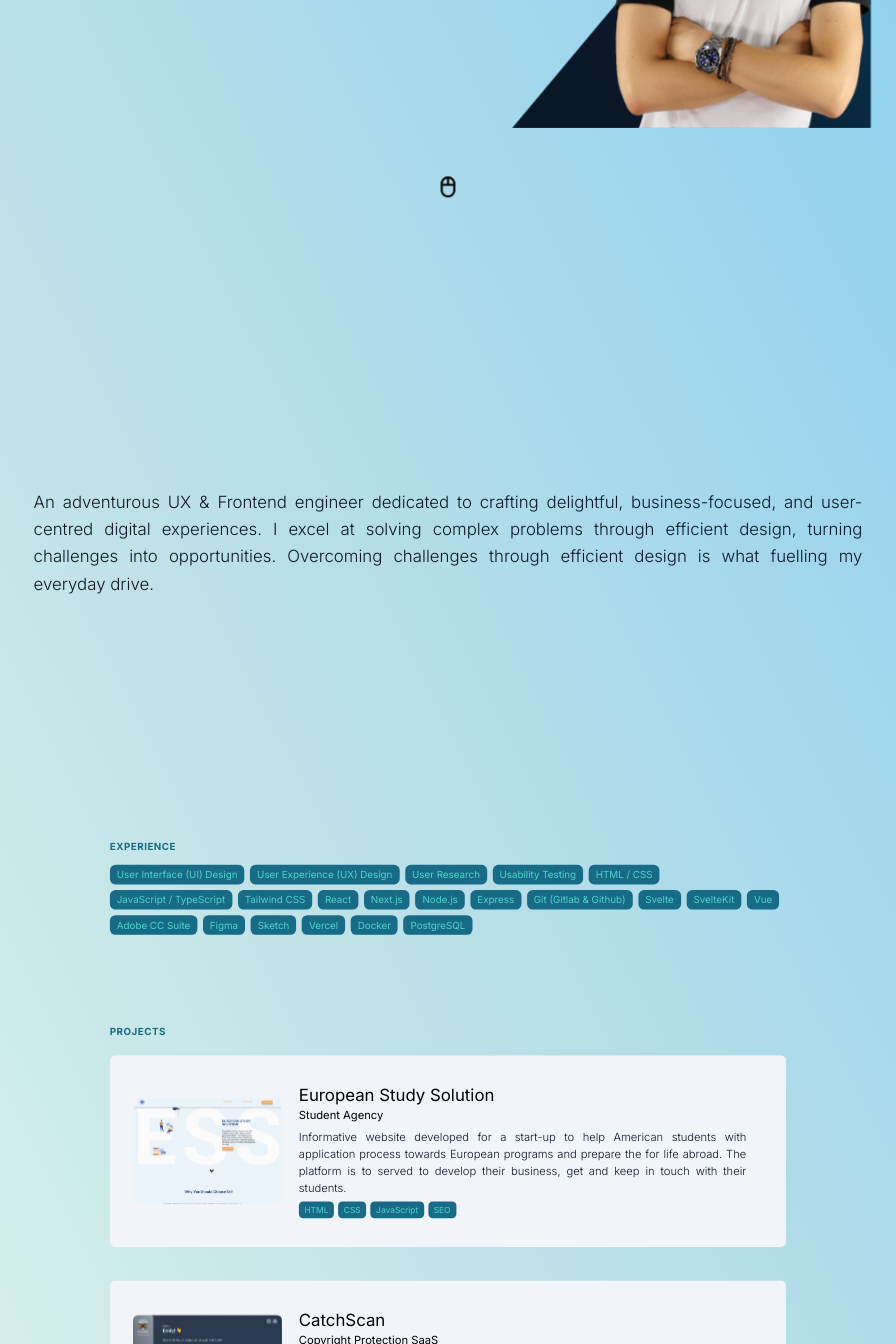
Repository: TheMarcellVarga/personal-portfolio-v.2
Page: /
An editor plug-in stored every save of this project. The page is shown before and after the next save, followed by the edit.
The browser window is 1280 px wide. The pictures show the part of the page from y = 408 to 2328 px (the page is 4294 px tall before and 4861 px after), at 70% of full size.
The project was rebuilt for these pictures with package versions that can differ from the ones it lists, and the page was loaded fresh each time. The framework's server and built-in components were replaced by stand-ins that run in the browser. Also part of the build but not shown: next.config.mjs.

Above is the page before, as saved 2024-07-21 23:29:33.

After the next save:
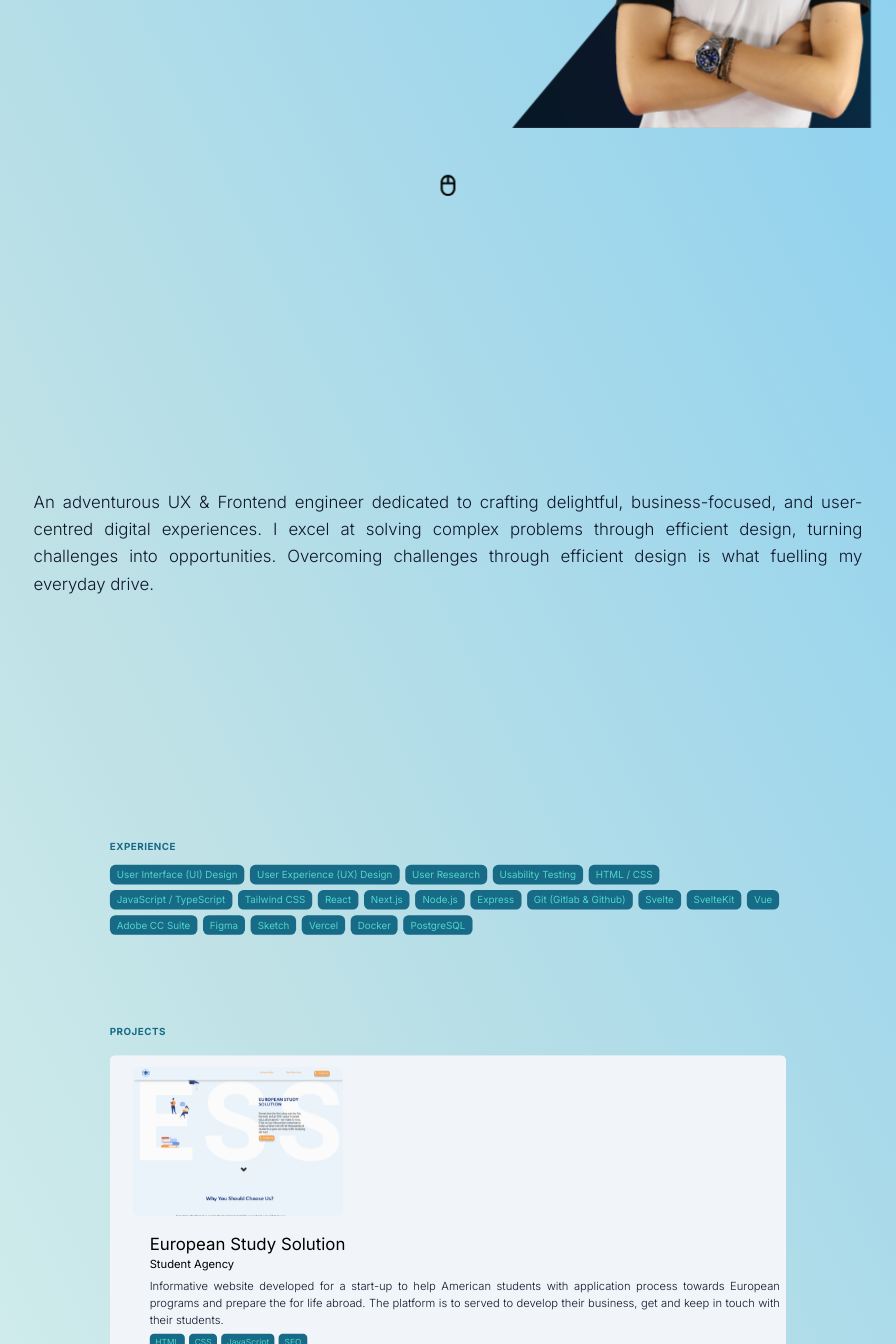
Saved 6 s later.
--- a/app/page.tsx
+++ b/app/page.tsx
@@ -402,7 +402,7 @@ export default function Page() {
                   </div> */}
                     <Link
                       href={project.link}
-                      className={`w-full flex flex-row px-8 py-3.5 md:py-4 lg:py-4.5 2xl:py-8 rounded-lg transition-colors duration-200 ease-in-out ${
+                      className={`w-full flex flex-col px-8 py-3.5 md:py-4 lg:py-4.5 2xl:py-8 rounded-lg transition-colors duration-200 ease-in-out ${
                         isDarkMode
                           ? "bg-slate-800 hover:bg-slate-700 border-transparent hover:border-slate-600 border"
                           : "bg-slate-100 hover:bg-slate-100 border-transparent hover:border-slate-300 border"
